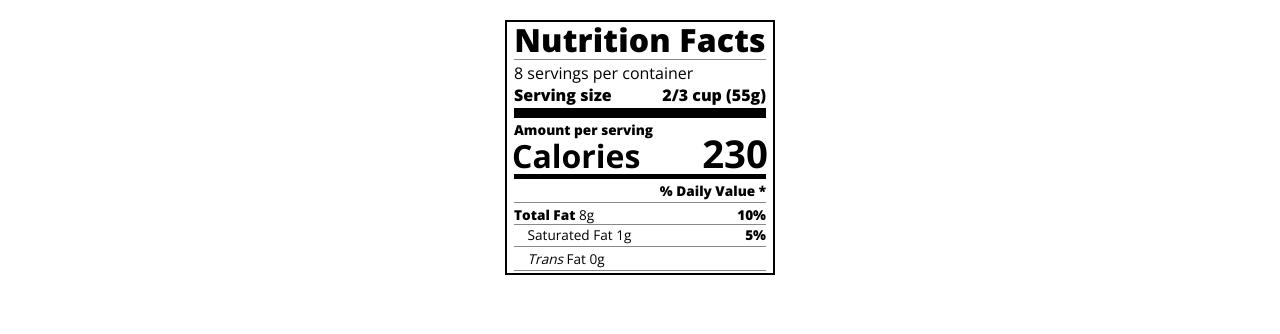
Repository: AimenDje/NutritionLabel
Page: index.html
An editor plug-in stored every save of this project. The page is shown before and after the next save, followed by the edit.
The browser window is 1280 px wide. The pictures show the whole page.

Above is the page before, as saved 2025-08-30 23:19:23.

After the next save:
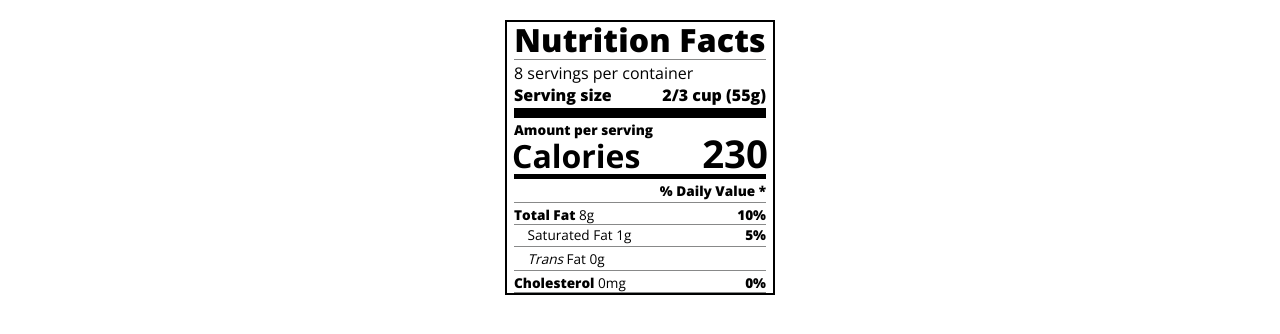
Saved 3 min 2 s later.
--- a/index.html
+++ b/index.html
@@ -33,7 +33,8 @@
       <p class="indent no-divider" >Saturated Fat 1g <span class="bold">5%</span></p>
       <div class="divider"></div>
       <p class="indent no-divider"><span><i>Trans</i> Fat 0g</span></p>
-      <div class="divider"> </div>
+      <div class="divider"></div>
+      <p> <span><span class="bold">Cholesterol</span> 0mg</span> <span class="bold">0%</span> </div>
     </div>
   </div>
   </div>
